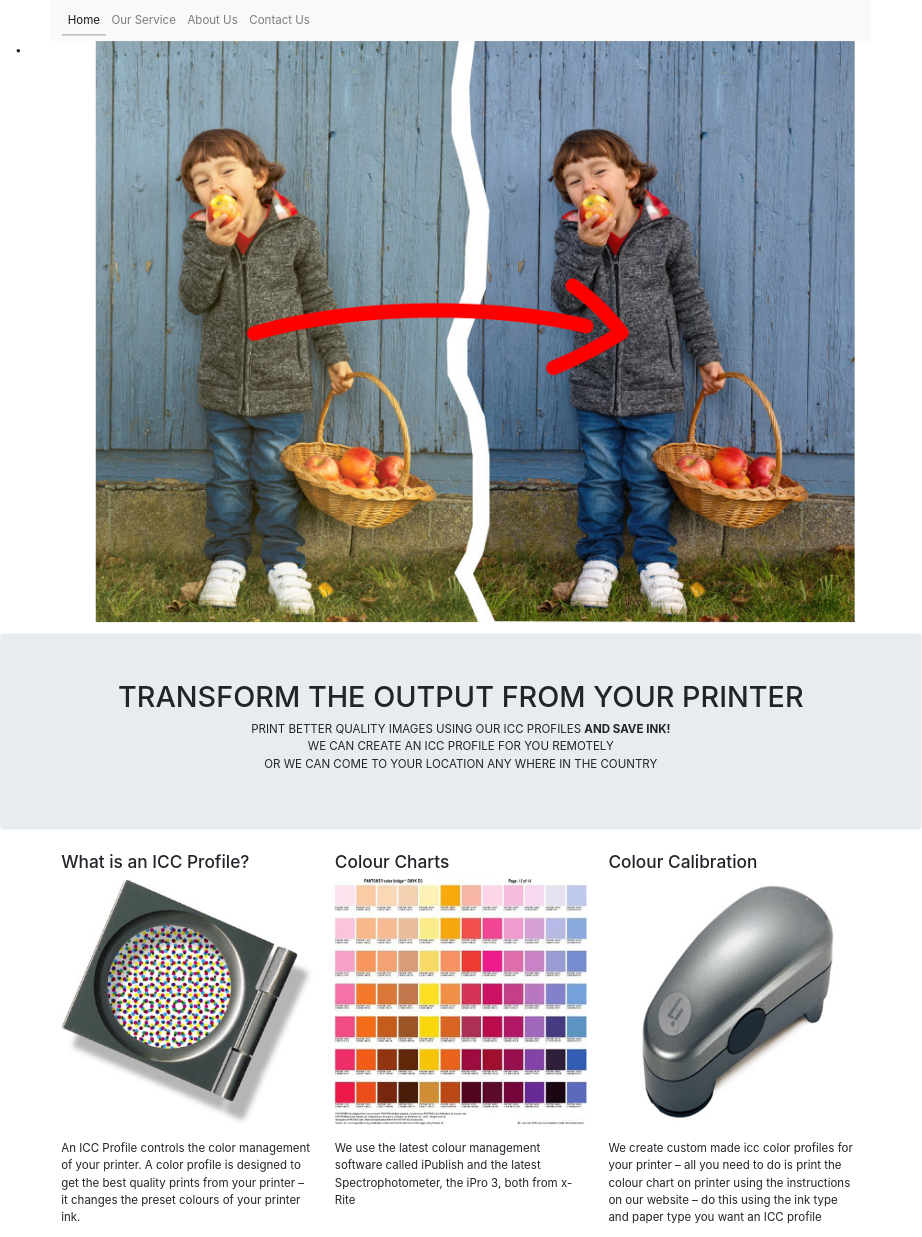
Repository: marks530/first_milestone
Page: navbar2.html
An editor plug-in stored every save of this project. The page is shown before and after the next save, followed by the edit.
The browser window is 1280 px wide. The pictures show the whole page, at 72% of full size.
Some web libraries are served in a nearby version.

Above is the page before, as saved 2021-03-16 19:30:42.

### navbar2.html
<!DOCTYPE html>
<html lang="en">

<head>
    <meta charset="UTF-8">
    <meta http-equiv="X-UA-Compatible" content="IE=edge">
    <meta name="viewport" content="width=device-width, initial-scale=1.0">
    <link href="css/style.css" rel="stylesheet" type="text/css" />
    <link rel="stylesheet" href="https://maxcdn.bootstrapcdn.com/bootstrap/4.2.1/css/bootstrap.min.css" type="text/css" />
    <link rel="stylesheet" href="https://maxcdn.bootstrapcdn.com/font-awesome/4.7.0/css/font-awesome.min.css" type="text/css" />
    <link rel="stylesheet" href="https://cdnjs.cloudflare.com/ajax/libs/hover.css/2.1.1/css/hover-min.css" type="text/css" />
    <title>Navbar Test</title>

</head>

<body>
    <section>
        <nav class="navbar navbar-expand-lg navbar-light bg-light container">

            <button class="navbar-toggler" type="button" data-toggle="collapse" data-target="#navbarSupportedContent" aria-controls="navbarSupportedContent" aria-expanded="false" aria-label="Toggle navigation">
            <span class="navbar-toggler-icon"></span>
            </button>

            <div class="collapse navbar-collapse" id="navbarSupportedContent">
                <ul class="navbar-nav mr-auto">
                    <li class="nav-item active">
                        <a class="nav-link" href="#">Home <span class="sr-only">(current)</span></a>
                    </li>
                    <li class="nav-item">
                        <a class="nav-link" href="#">Our Service</a>
                    </li>
                    <li class="nav-item">
                        <a class="nav-link" href="#">About Us</a>
                    </li>
                    <li class="nav-item">
                        <a class="nav-link" href="#">Contact Us</a>
                    </li>
                </ul>

            </div>
        </nav>
    </section>
    <div>
        <ul>
            <li>
                <img src="images/before-after-profile.jpg" class="center">
            </li>

        </ul>
    </div>
    <section>
        <div class="jumbotron text-center">
            <h1 class="uppercase">Transform the output from your Printer</h1>
            <p class="uppercase">Print better quality images using our ICC profiles <strong>and save ink!</strong><br>We can create an ICC profile for you remotely <br>or we can come to your location any where in the country
            </p>
        </div>
    </section>
    <div class="container">
        <div class="row">
            <div class="col-sm-4">
                <h4>What is an ICC Profile?</h4>
                <img src="images/Loupe.png" class="old-new" id="reduce">
                <p class="shift">An ICC Profile controls the color management of your printer. A color profile is designed to get the best quality prints from your printer – it changes the preset colours of your printer ink.</p>

            </div>
            <div class="col-sm-4">
                <h4>Colour Charts</h4>
                <img src="images/color-chart.jpg" class="old-new" id="reduce">
                <p class="shift">We use the latest colour management software called iPublish and the latest Spectrophotometer, the iPro 3, both from x-Rite </p>

            </div>
            <div class="col-sm-4">
                <h4>Colour Calibration</h4>
                <img src="images/xRite.jpg" class="old-new" id="reduce">
                <p class="shift">We create custom made icc color profiles for your printer – all you need to do is print the colour chart on printer using the instructions on our website – do this using the ink type and paper type you want an ICC profile</p>
            </div>
        </div>
    </div>

    </section>
    <script src="https://cdnjs.cloudflare.com/ajax/libs/popper.js/1.12.9/umd/popper.min.js" integrity="sha384-ApNbgh9B+Y1QKtv3Rn7W3mgPxhU9K/ScQsAP7hUibX39j7fakFPskvXusvfa0b4Q" crossorigin="anonymous"></script>
    <script src="https://code.jquery.com/jquery-3.2.1.slim.min.js" integrity="sha384-KJ3o2DKtIkvYIK3UENzmM7KCkRr/rE9/Qpg6aAZGJwFDMVNA/GpGFF93hXpG5KkN" crossorigin="anonymous"></script>
    <script src="https://maxcdn.bootstrapcdn.com/bootstrap/4.0.0/js/bootstrap.min.js" integrity="sha384-JZR6Spejh4U02d8jOt6vLEHfe/JQGiRRSQQxSfFWpi1MquVdAyjUar5+76PVCmYl" crossorigin="anonymous"></script>
</body>

</html>

### css/style.css
@import url('https://fonts.googleapis.com/css?family=Roboto:100,200,300,400,500,600,700|Exo:100,200,300,400,500,600,700');
body {
    font-family: Roboto;
    color: #777777
}

h2 {
    font-family: Exo;
    text-transform: uppercase;
    letter-spacing: 14px;
    color: #555555
}

#logo {
    float: left;
    font-size: 280%;
    margin-left: 120px;
}

#menu {
    font-size: 140%;
    list-style-type: none;
    letter-spacing: 1px;
    margin-right: 120px;
}

#menu {
    line-height: 75px;
}

#menu li {
    float: right;
    margin-right: 20px;
}

#menu a {
    text-decoration: none;
    color: inherit;
}

#menu a:hover {
    border-bottom: 1px solid #777777;
}

.active {
    border-bottom: 1px solid #777777;
}

.center {
    display: block;
    margin-left: auto;
    margin-right: auto;
    width: 85%;
}

.old-new {
    max-width: 100%;
    height: auto;
    object-fit: contain;
}

#move-image-down {
    margin-top: 30px;
}

.jumbotron {
    padding-left: 20px;
    padding-right: 20px;
}


/*---------------Special paddings/margins/text */

h1,
h2,
h3,
h4 {
    margin: 0;
}

.uppercase {
    text-transform: uppercase;
}

.general-sub {
    font-family: "Exo", sans serif;
    font-weight: 300;
    color: #fafafa;
}

.shift {
    margin-top: 20px;
}


/*----------------------------------Footer */

footer {
    background-color: #525252;
    color: #fafafa;
    min-height: 120px;
    margin: 0;
}

.inline-block {
    display: inline-block;
}

.social-links {
    padding-bottom: 15px;
}

.social-links li a i {
    width: 32px;
    height: 32px;
    padding: 12px 0;
    border-radius: 50%;
    font-size: 13px;
    line-height: 7px;
    text-align: center;
    color: #fafafa;
    background: #8f8f8f;
    transition: all 0.35s ease-in-out;
    -moz-transition: all 0.35s ease-in-out;
    -webkit-transition: all 0.35s ease-in-out;
    -o-transition: all 0.35s ease-in-out;
}

.social-links li a i:hover {
    background: #e84610;
}

#footer-details {
    padding: 20px;
}

After the next save:
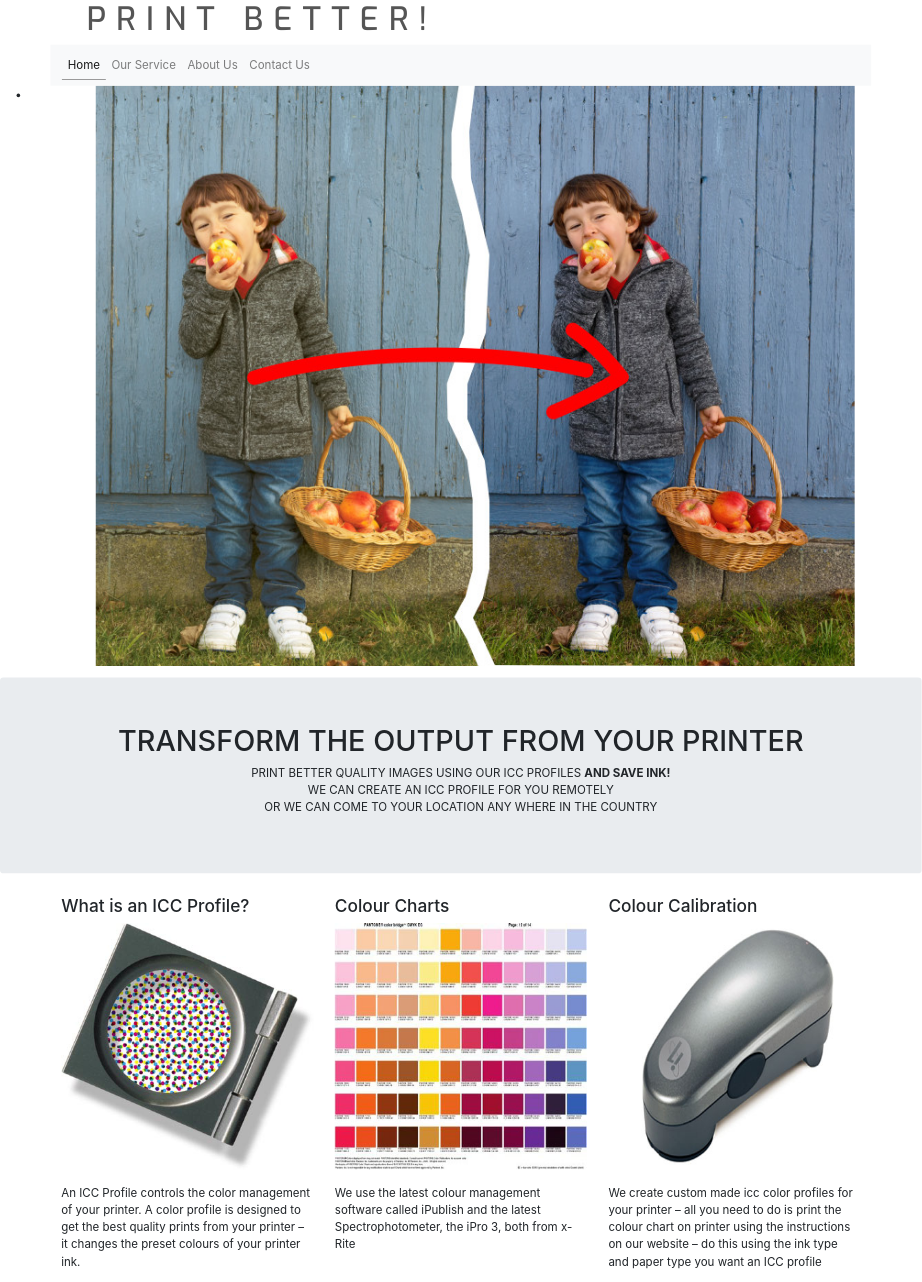
Saved 90 s later.
--- a/navbar2.html
+++ b/navbar2.html
@@ -15,30 +15,33 @@
 
 <body>
     <section>
-        <nav class="navbar navbar-expand-lg navbar-light bg-light container">
+        <header>
+            <h2 id="logo">Print Better!</h2>
+            <nav class="navbar navbar-expand-lg navbar-light bg-light container">
 
-            <button class="navbar-toggler" type="button" data-toggle="collapse" data-target="#navbarSupportedContent" aria-controls="navbarSupportedContent" aria-expanded="false" aria-label="Toggle navigation">
+                <button class="navbar-toggler" type="button" data-toggle="collapse" data-target="#navbarSupportedContent" aria-controls="navbarSupportedContent" aria-expanded="false" aria-label="Toggle navigation">
             <span class="navbar-toggler-icon"></span>
             </button>
 
-            <div class="collapse navbar-collapse" id="navbarSupportedContent">
-                <ul class="navbar-nav mr-auto">
-                    <li class="nav-item active">
-                        <a class="nav-link" href="#">Home <span class="sr-only">(current)</span></a>
-                    </li>
-                    <li class="nav-item">
-                        <a class="nav-link" href="#">Our Service</a>
-                    </li>
-                    <li class="nav-item">
-                        <a class="nav-link" href="#">About Us</a>
-                    </li>
-                    <li class="nav-item">
-                        <a class="nav-link" href="#">Contact Us</a>
-                    </li>
-                </ul>
+                <div class="collapse navbar-collapse" id="navbarSupportedContent">
+                    <ul class="navbar-nav mr-auto">
+                        <li class="nav-item active">
+                            <a class="nav-link" href="#">Home <span class="sr-only">(current)</span></a>
+                        </li>
+                        <li class="nav-item">
+                            <a class="nav-link" href="#">Our Service</a>
+                        </li>
+                        <li class="nav-item">
+                            <a class="nav-link" href="#">About Us</a>
+                        </li>
+                        <li class="nav-item">
+                            <a class="nav-link" href="#">Contact Us</a>
+                        </li>
+                    </ul>
 
-            </div>
-        </nav>
+                </div>
+            </nav>
+        </header>
     </section>
     <div>
         <ul>

After the save that followed:
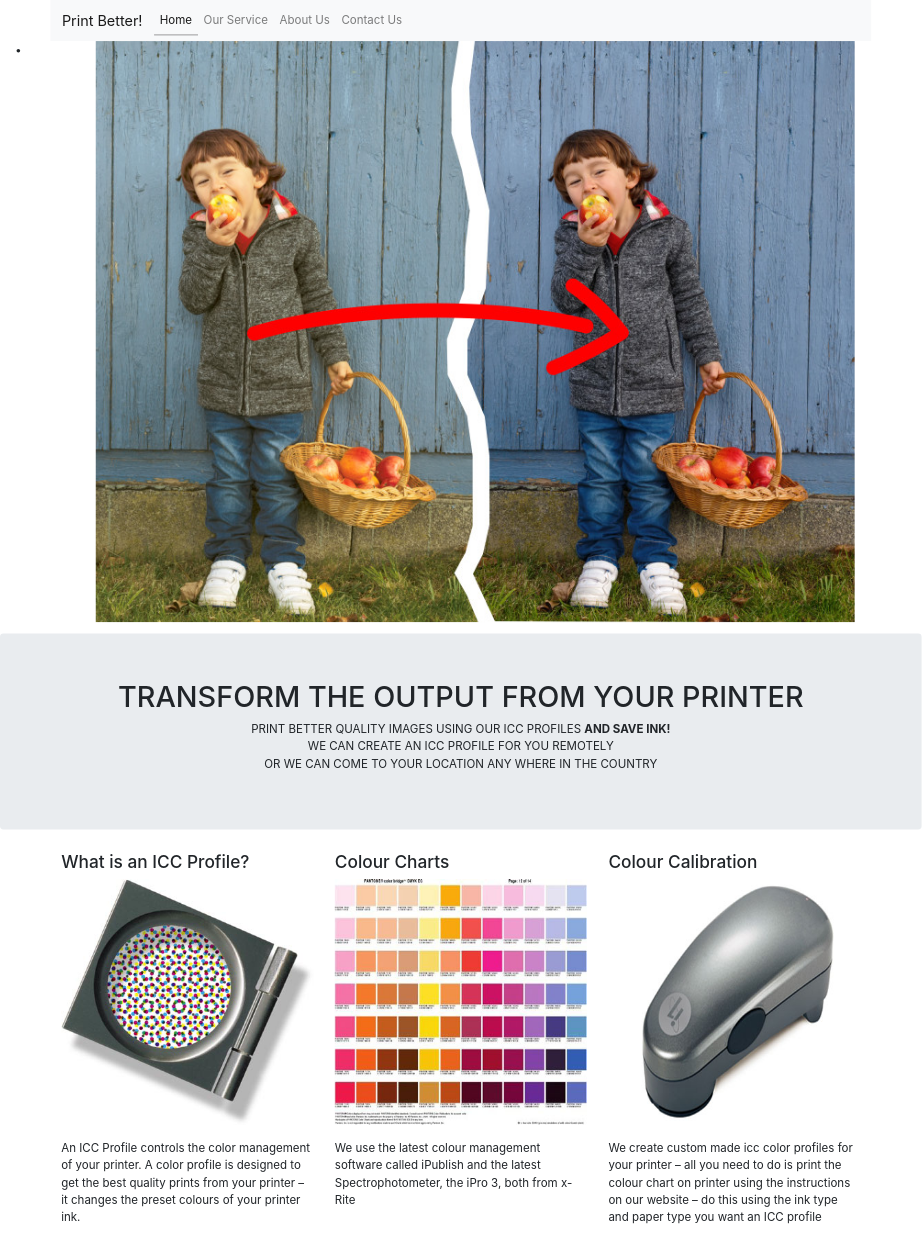
Saved 3 min 13 s later.
--- a/navbar2.html
+++ b/navbar2.html
@@ -15,33 +15,32 @@
 
 <body>
     <section>
-        <header>
-            <h2 id="logo">Print Better!</h2>
-            <nav class="navbar navbar-expand-lg navbar-light bg-light container">
 
-                <button class="navbar-toggler" type="button" data-toggle="collapse" data-target="#navbarSupportedContent" aria-controls="navbarSupportedContent" aria-expanded="false" aria-label="Toggle navigation">
+        <nav class="navbar navbar-expand-lg navbar-light bg-light container">
+            <a class="navbar-brand" href="#">Print Better!</a>
+            <button class="navbar-toggler" type="button" data-toggle="collapse" data-target="#navbarSupportedContent" aria-controls="navbarSupportedContent" aria-expanded="false" aria-label="Toggle navigation">
             <span class="navbar-toggler-icon"></span>
             </button>
 
-                <div class="collapse navbar-collapse" id="navbarSupportedContent">
-                    <ul class="navbar-nav mr-auto">
-                        <li class="nav-item active">
-                            <a class="nav-link" href="#">Home <span class="sr-only">(current)</span></a>
-                        </li>
-                        <li class="nav-item">
-                            <a class="nav-link" href="#">Our Service</a>
-                        </li>
-                        <li class="nav-item">
-                            <a class="nav-link" href="#">About Us</a>
-                        </li>
-                        <li class="nav-item">
-                            <a class="nav-link" href="#">Contact Us</a>
-                        </li>
-                    </ul>
+            <div class="collapse navbar-collapse" id="navbarSupportedContent">
+                <ul class="navbar-nav mr-auto">
+                    <li class="nav-item active">
+                        <a class="nav-link" href="#">Home <span class="sr-only">(current)</span></a>
+                    </li>
+                    <li class="nav-item">
+                        <a class="nav-link" href="#">Our Service</a>
+                    </li>
+                    <li class="nav-item">
+                        <a class="nav-link" href="#">About Us</a>
+                    </li>
+                    <li class="nav-item">
+                        <a class="nav-link" href="#">Contact Us</a>
+                    </li>
+                </ul>
 
-                </div>
-            </nav>
-        </header>
+            </div>
+        </nav>
+
     </section>
     <div>
         <ul>
